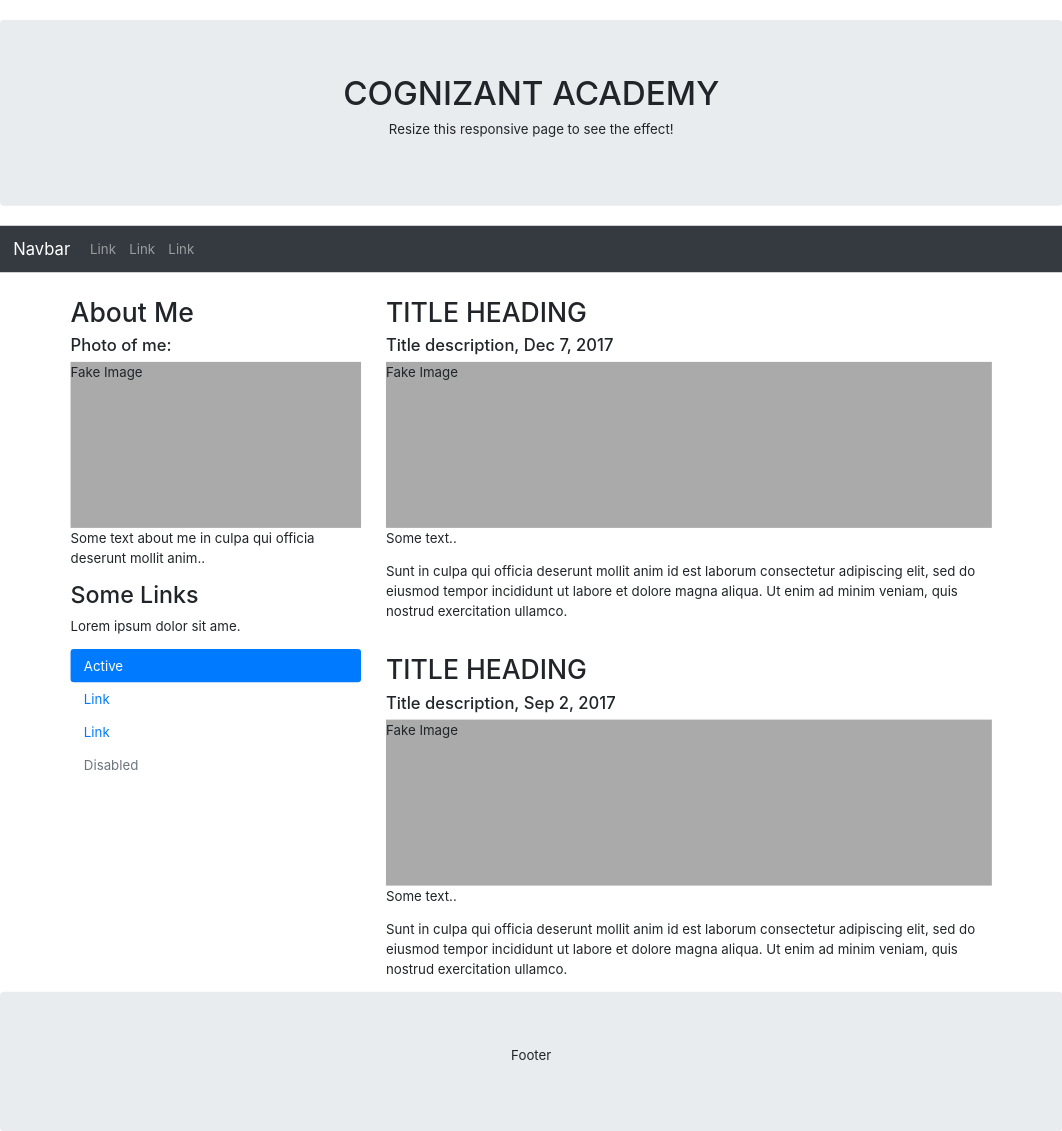
Repository: Ushaswee/cognizant1
Page: BootstrapPro/WebContent/Bootstrap/BsTemplate.html
The author's editor kept a copy of each file at every save. The page is drawn from the files as they stood at one save, then again after the next save.
The browser window is 1280 px wide. The pictures show the whole page, at 83% of full size.

Above is the page before, as saved 2020-01-18 11:23:57.

### BootstrapPro/WebContent/Bootstrap/BsTemplate.html
<!DOCTYPE html>
<html lang="en">
<head>
  <title>Bootstrap 4 Webite Example</title>
  <meta charset="utf-8">
  <meta name="viewport" content="width=device-width, initial-scale=1">
  <link rel="stylesheet" href="https://maxcdn.bootstrapcdn.com/bootstrap/4.4.1/css/bootstrap.min.css">
  <script src="https://ajax.googleapis.com/ajax/libs/jquery/3.4.1/jquery.min.js"></script>
  <script src="https://cdnjs.cloudflare.com/ajax/libs/popper.js/1.16.0/umd/popper.min.js"></script>
  <script src="https://maxcdn.bootstrapcdn.com/bootstrap/4.4.1/js/bootstrap.min.js"></script>
  <style>
  .fakeimg {
    height: 200px;
    background: #aaa;
  }
  </style>
</head>
<body>
​
<div class="jumbotron text-center" style="margin-bottom:0">
  <h1>COGNIZANT ACADEMY</h1>
  <p>Resize this responsive page to see the effect!</p>
</div>
​
<nav class="navbar navbar-expand-sm bg-dark navbar-dark">
  <a class="navbar-brand" href="#">Navbar</a>
  <button class="navbar-toggler" type="button" data-toggle="collapse" data-target="#collapsibleNavbar">
    <span class="navbar-toggler-icon"></span>
  </button>
  <div class="collapse navbar-collapse" id="collapsibleNavbar">
    <ul class="navbar-nav">
    <li class="nav-item">
        <a class="nav-link" href="#">Link</a>
      </li>
      <li class="nav-item">
        <a class="nav-link" href="#">Link</a>
      </li>
      <li class="nav-item">
        <a class="nav-link" href="#">Link</a>
      </li>
    </ul>
  </div>
</nav>

<div class="container" style="margin-top:30px">
  <div class="row">
    <div class="col-sm-4">
      <h2>About Me</h2>
      <h5>Photo of me:</h5>
      <div class="fakeimg">Fake Image</div>
      <p>Some text about me in culpa qui officia deserunt mollit anim..</p>
      <h3>Some Links</h3>
      <p>Lorem ipsum dolor sit ame.</p>
      <ul class="nav nav-pills flex-column">
        <li class="nav-item">
          <a class="nav-link active" href="#">Active</a>
        </li>
        <li class="nav-item">
          <a class="nav-link" href="#">Link</a>
        </li>
        <li class="nav-item">
          <a class="nav-link" href="#">Link</a>
        </li>
        <li class="nav-item">
          <a class="nav-link disabled" href="#">Disabled</a>
        </li>
      </ul>
      <hr class="d-sm-none">
    </div>
    <div class="col-sm-8">
      <h2>TITLE HEADING</h2>
      <h5>Title description, Dec 7, 2017</h5>
      <div class="fakeimg">Fake Image</div>
      <p>Some text..</p>
      <p>Sunt in culpa qui officia deserunt mollit anim id est laborum consectetur adipiscing elit, sed do eiusmod tempor incididunt ut labore et dolore magna aliqua. Ut enim ad minim veniam, quis nostrud exercitation ullamco.</p>
      <br>
      <h2>TITLE HEADING</h2>
      <h5>Title description, Sep 2, 2017</h5>
      <div class="fakeimg">Fake Image</div>
      <p>Some text..</p>
      <p>Sunt in culpa qui officia deserunt mollit anim id est laborum consectetur adipiscing elit, sed do eiusmod tempor incididunt ut labore et dolore magna aliqua. Ut enim ad minim veniam, quis nostrud exercitation ullamco.</p>
    </div>
  </div>
</div>

<div class="jumbotron text-center" style="margin-bottom:0">
  <p>Footer</p>
</div>

</body>
</html>

After the next save:
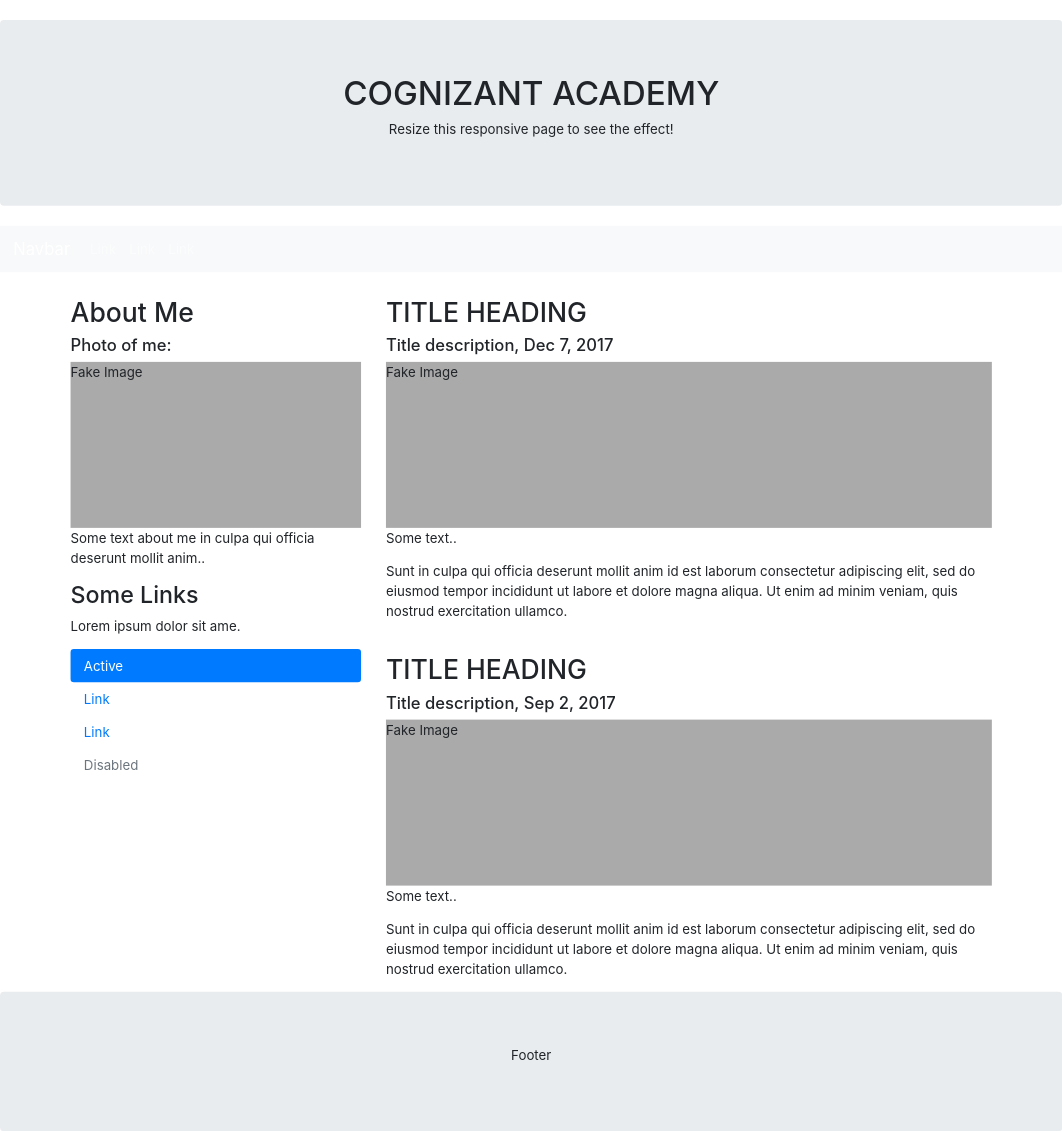
Saved 74 s later.
--- a/BootstrapPro/WebContent/Bootstrap/BsTemplate.html
+++ b/BootstrapPro/WebContent/Bootstrap/BsTemplate.html
@@ -1,7 +1,7 @@
 <!DOCTYPE html>
 <html lang="en">
 <head>
-  <title>Bootstrap 4 Webite Example</title>
+  <title>Bootstrap 4 WebSite Example</title>
   <meta charset="utf-8">
   <meta name="viewport" content="width=device-width, initial-scale=1">
   <link rel="stylesheet" href="https://maxcdn.bootstrapcdn.com/bootstrap/4.4.1/css/bootstrap.min.css">
@@ -22,7 +22,7 @@
   <p>Resize this responsive page to see the effect!</p>
 </div>
 ​
-<nav class="navbar navbar-expand-sm bg-dark navbar-dark">
+<nav class="navbar navbar-expand-sm bg-light navbar-dark">
   <a class="navbar-brand" href="#">Navbar</a>
   <button class="navbar-toggler" type="button" data-toggle="collapse" data-target="#collapsibleNavbar">
     <span class="navbar-toggler-icon"></span>

After the save that followed:
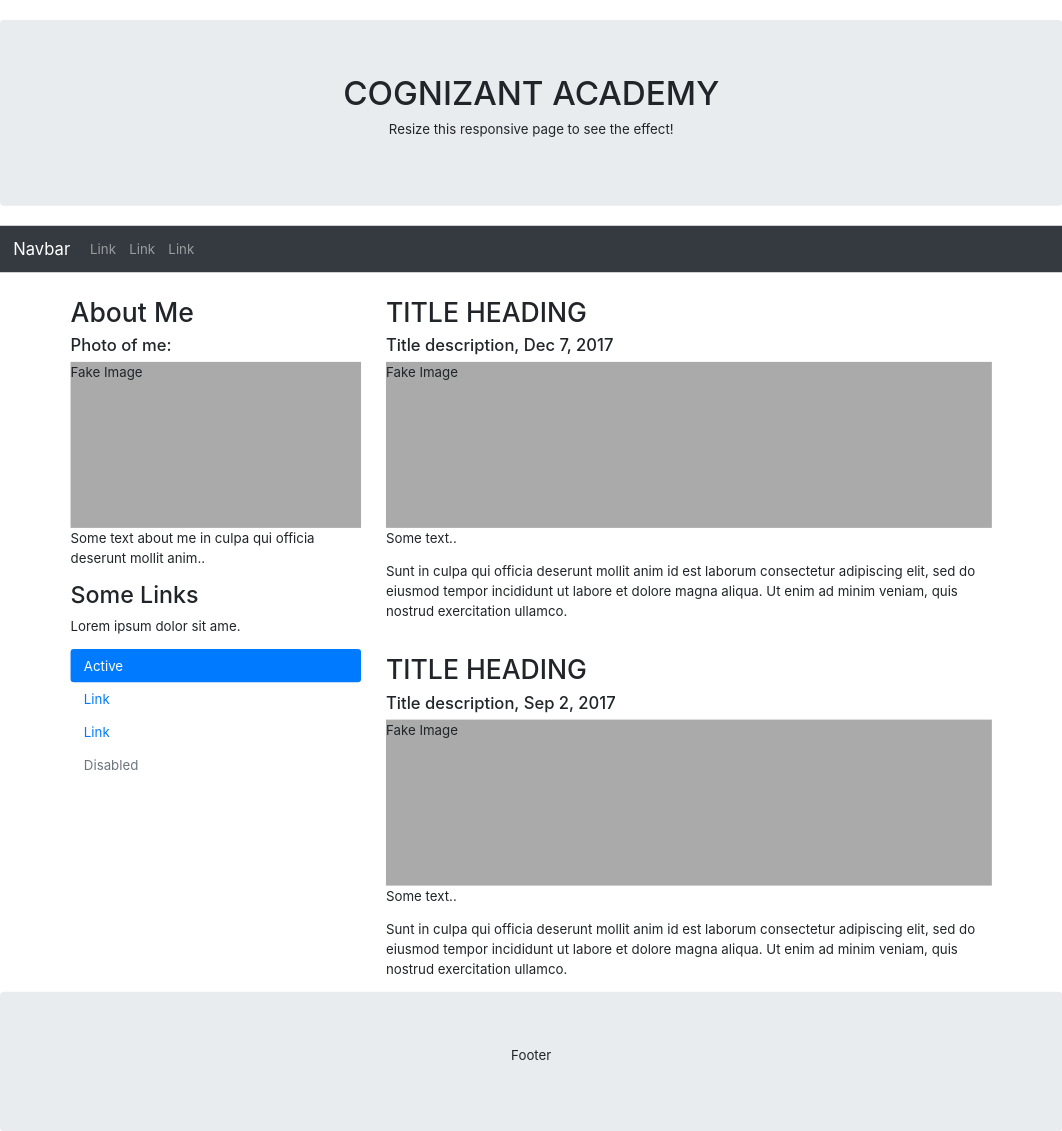
Saved 29 s later.
--- a/BootstrapPro/WebContent/Bootstrap/BsTemplate.html
+++ b/BootstrapPro/WebContent/Bootstrap/BsTemplate.html
@@ -22,7 +22,7 @@
   <p>Resize this responsive page to see the effect!</p>
 </div>
 ​
-<nav class="navbar navbar-expand-sm bg-light navbar-dark">
+<nav class="navbar navbar-expand-sm bg-dark navbar-dark">
   <a class="navbar-brand" href="#">Navbar</a>
   <button class="navbar-toggler" type="button" data-toggle="collapse" data-target="#collapsibleNavbar">
     <span class="navbar-toggler-icon"></span>
